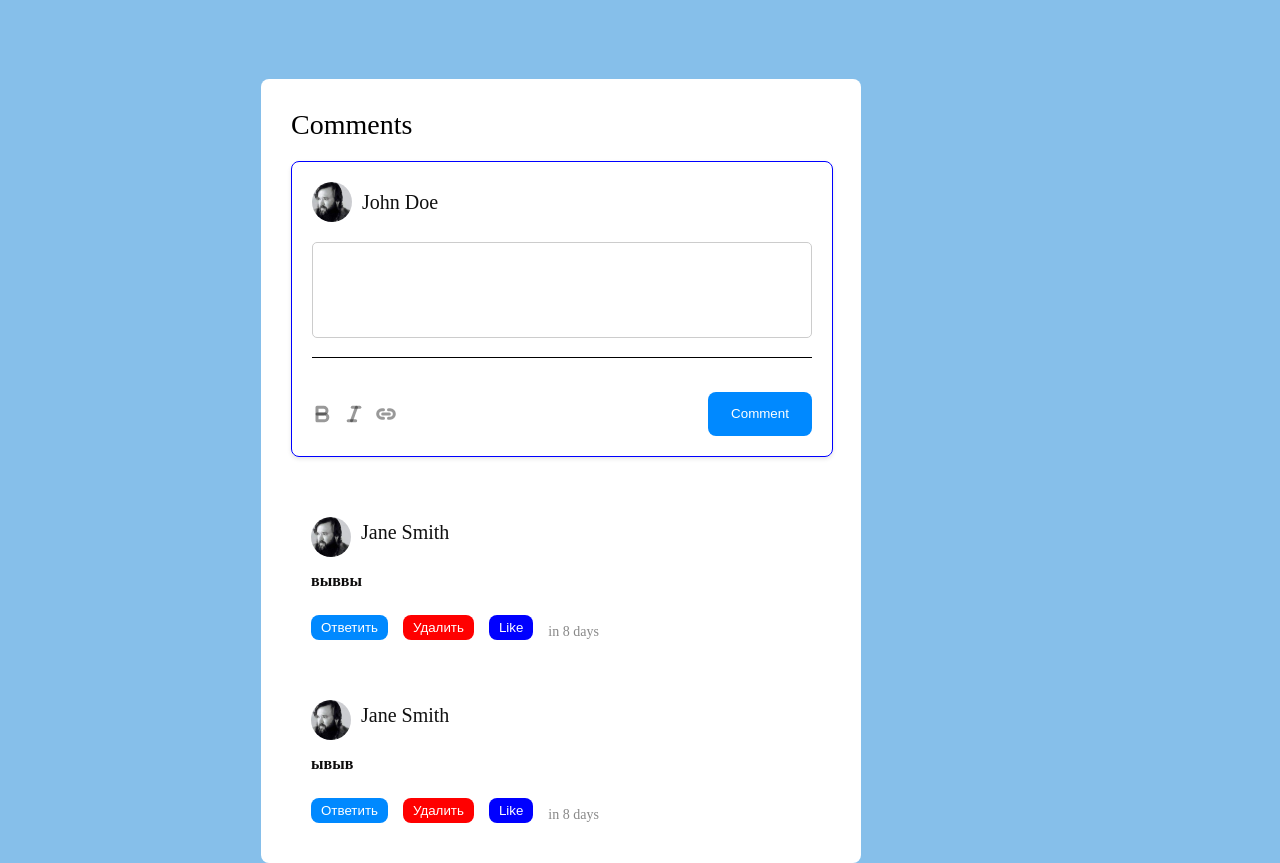
Repository: nikiforovki/appcommits
Page: /
The author's editor kept a copy of each file at every save. The page is drawn from the files as they stood at one save, then again after the next save.
The browser window is 1280 px wide. The pictures show the whole page.
The project was rebuilt for these pictures with package versions that can differ from the ones it lists, and the page was loaded fresh each time. Requests to the local data server were answered from the project's data file. Also part of the build but not shown: webpack.config.ts.

Above is the page before, as saved 2024-08-23 23:22:46.

After the next save:
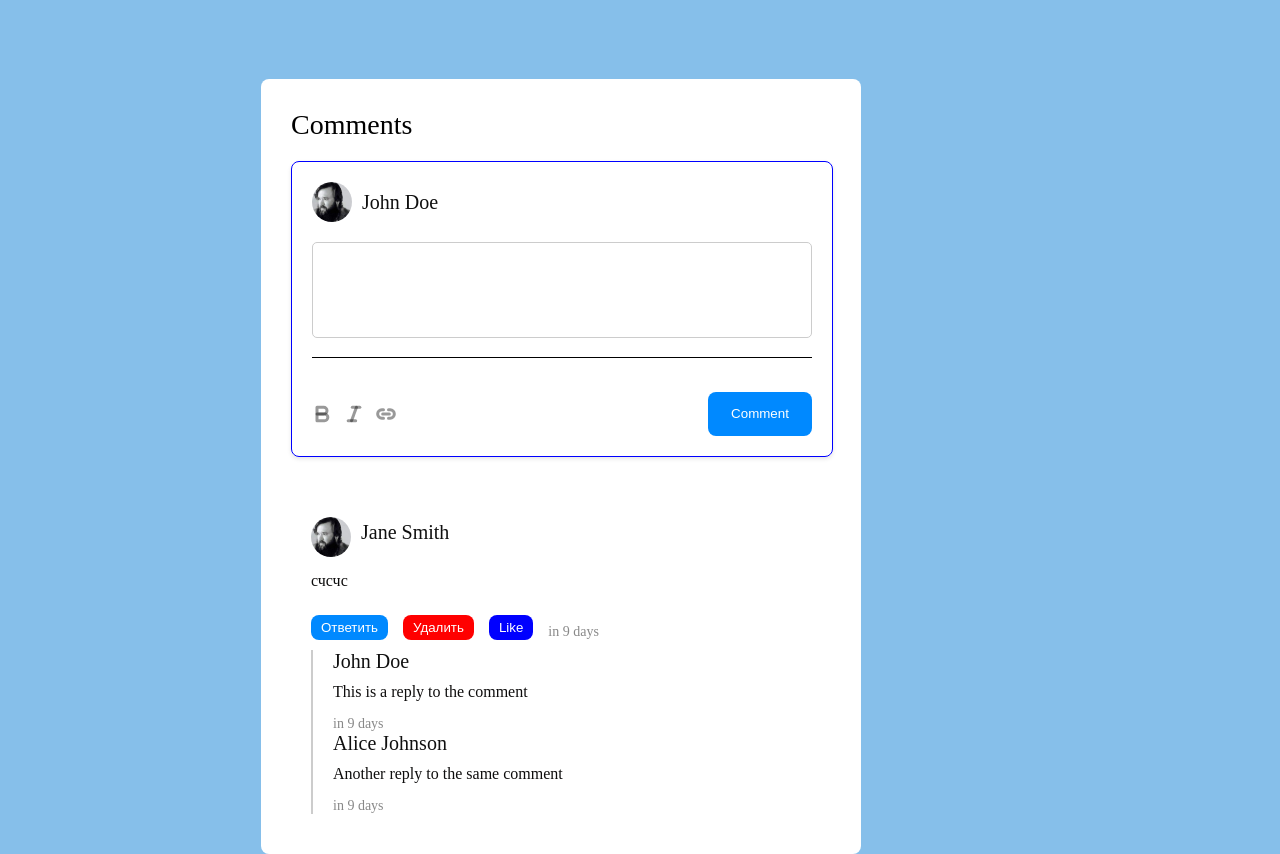
Saved 3 min 5 s later.
--- a/db.json
+++ b/db.json
@@ -1,24 +1,29 @@
 {
   "comments": [
     {
-      "id": "1724389802321",
+      "id": "1724444371668",
       "img": "/img/IconMan.svg",
       "author": "Jane Smith",
-      "text": "ывыв",
-      "timestamp": "2024-08-23T05:10:02.321Z",
+      "text": "счсчс",
+      "timestamp": "2024-08-23T20:19:31.668Z",
       "liked": false,
-      "isBold": true,
-      "replies": []
-    },
-    {
-      "id": "1724389804634",
-      "img": "/img/IconMan.svg",
-      "author": "Jane Smith",
-      "text": "выввы",
-      "timestamp": "2024-08-23T05:10:04.634Z",
-      "liked": false,
-      "isBold": true,
-      "replies": []
+      "isBold": false,
+      "isItalic": false,
+      "isLink": false,
+      "replies": [
+        {
+          "id": "unique-reply-id-1",
+          "author": "John Doe",
+          "text": "This is a reply to the comment",
+          "timestamp": "2024-08-23T20:20:31.668Z"
+        },
+        {
+          "id": "unique-reply-id-2",
+          "author": "Alice Johnson",
+          "text": "Another reply to the same comment",
+          "timestamp": "2024-08-23T20:21:31.668Z"
+        }
+      ]
     }
   ]
 }
